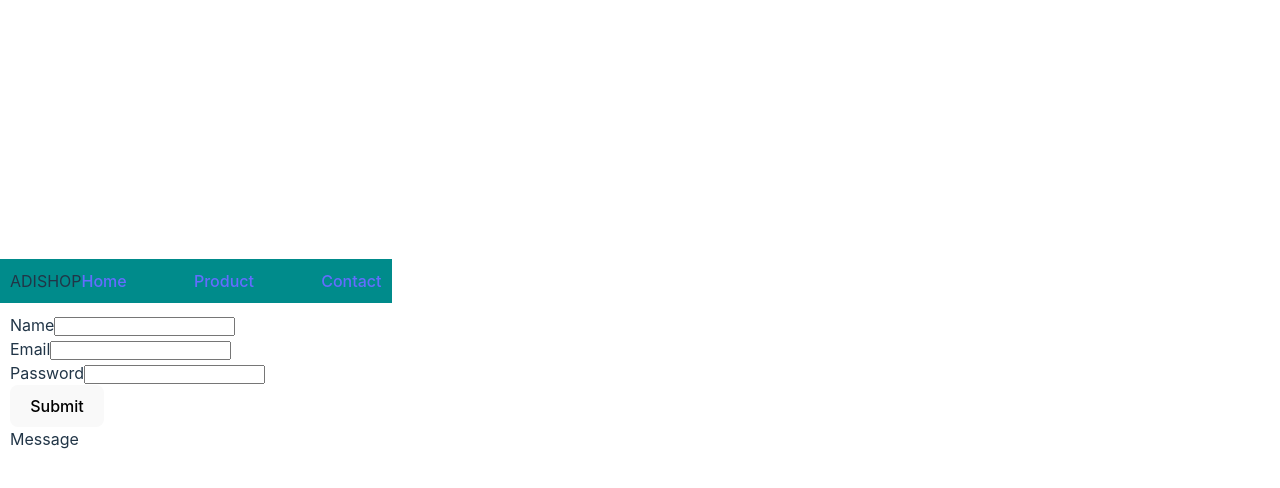
Repository: Aditya0377/React-ecommercewebsite
Page: /contact (app in ecommerce/)
An editor plug-in stored every save of this project. The page is shown before and after the next save, followed by the edit.
The browser window is 1280 px wide. The pictures show the whole page.
The project was rebuilt for these pictures with package versions that can differ from the ones it lists, and the page was loaded fresh each time. Also part of the build but not shown: ecommerce/vite.config.js, ecommerce/src/components/Home.jsx, ecommerce/src/components/Product.css, ecommerce/src/components/Product.jsx.

Above is the page before, as saved 2025-01-21 15:48:11.

After the next save:
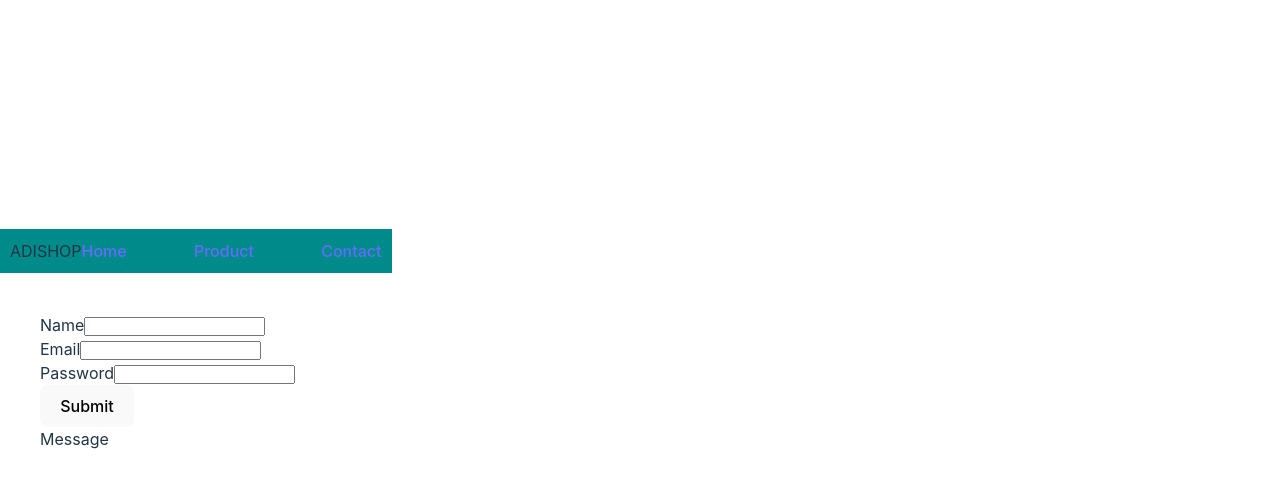
Saved 11 s later.
--- a/ecommerce/src/components/Contact.css
+++ b/ecommerce/src/components/Contact.css
@@ -1,3 +1,3 @@
 .contact{
-    padding: 10px;
+    padding: 40px;
 }
